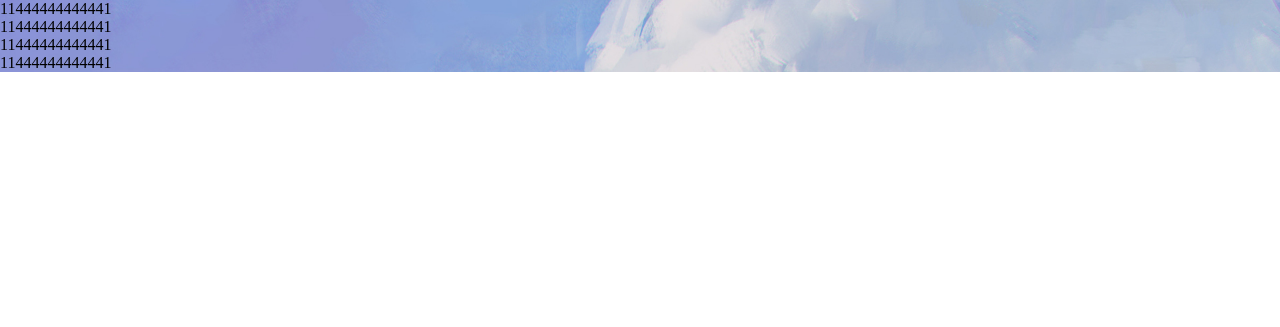
Repository: hnwj/big-event
Page: /reg
The author's editor kept a copy of each file at every save. The page is drawn from the files as they stood at one save, then again after the next save.
The browser window is 1280 px wide. The pictures show the whole page.
The project was rebuilt for these pictures with package versions that can differ from the ones it lists, and the page was loaded fresh each time. Also part of the build but not shown: vue.config.js, src/views/login.vue.

Above is the page before, as saved 2023-03-18 21:18:12.

After the next save:
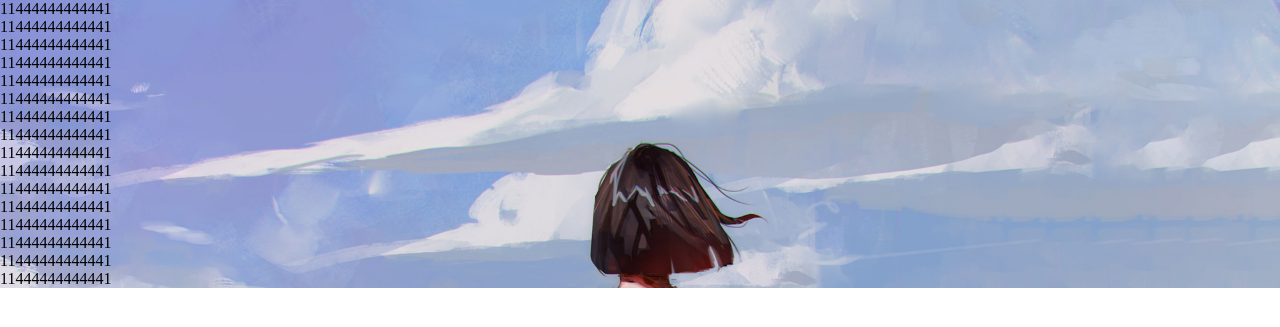
Saved 6 s later.
--- a/src/views/register.vue
+++ b/src/views/register.vue
@@ -2,6 +2,18 @@
   <!-- 注册整体盒子 -->
   <div class="reg-container">
     <div class="reg-box">
+      <div class="title-box">11444444444441</div>
+      <div class="title-box">11444444444441</div>
+      <div class="title-box">11444444444441</div>
+      <div class="title-box">11444444444441</div>
+      <div class="title-box">11444444444441</div>
+      <div class="title-box">11444444444441</div>
+      <div class="title-box">11444444444441</div>
+      <div class="title-box">11444444444441</div>
+      <div class="title-box">11444444444441</div>
+      <div class="title-box">11444444444441</div>
+      <div class="title-box">11444444444441</div>
+      <div class="title-box">11444444444441</div>
       <div class="title-box">11444444444441</div>
       <div class="title-box">11444444444441</div>
       <div class="title-box">11444444444441</div>
